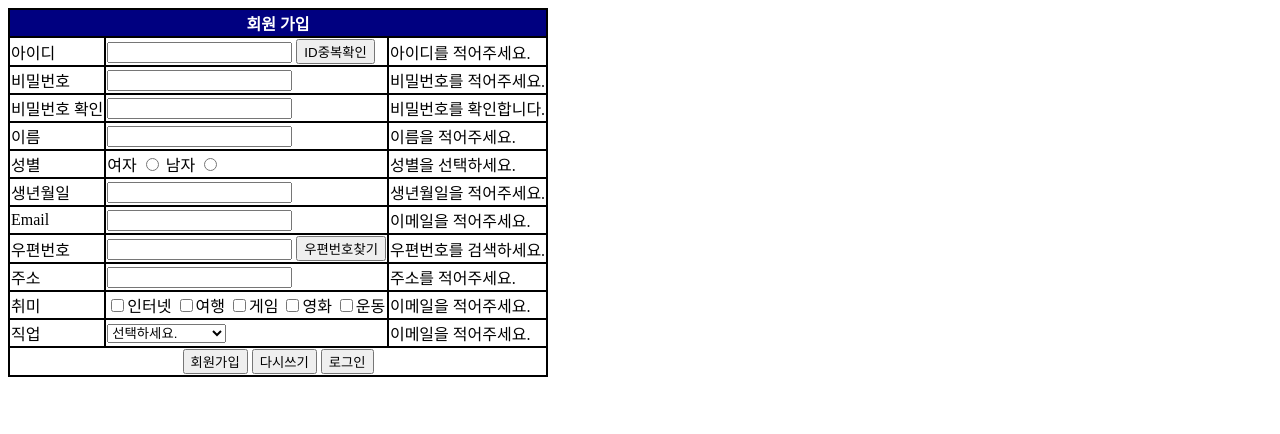
Repository: JeongminHW/Web_study
Page: HTML/myHTML/src/main/webapp/ch07/member.html
An editor plug-in stored every save of this project. The page is shown before and after the next save, followed by the edit.
The browser window is 1280 px wide. The pictures show the whole page.

Above is the page before, as saved 2024-07-10 07:17:26.

After the next save:
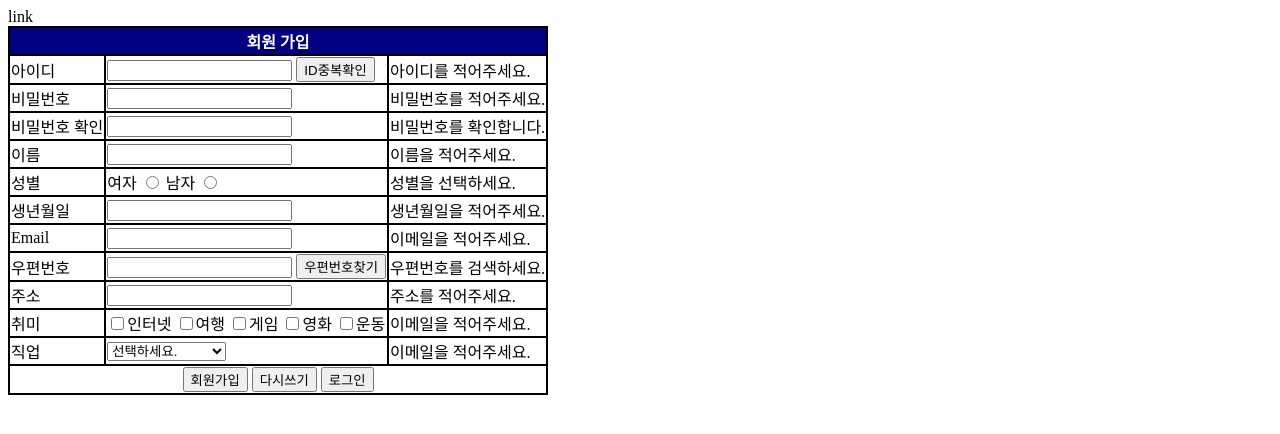
Saved 42 s later.
--- a/HTML/myHTML/src/main/webapp/ch07/member.html
+++ b/HTML/myHTML/src/main/webapp/ch07/member.html
@@ -3,6 +3,7 @@
 <head>
 <meta charset="UTF-8">
 <title>Insert title here</title>
+link
 <style>
 table, td, th{
 border: 1px solid #000;
